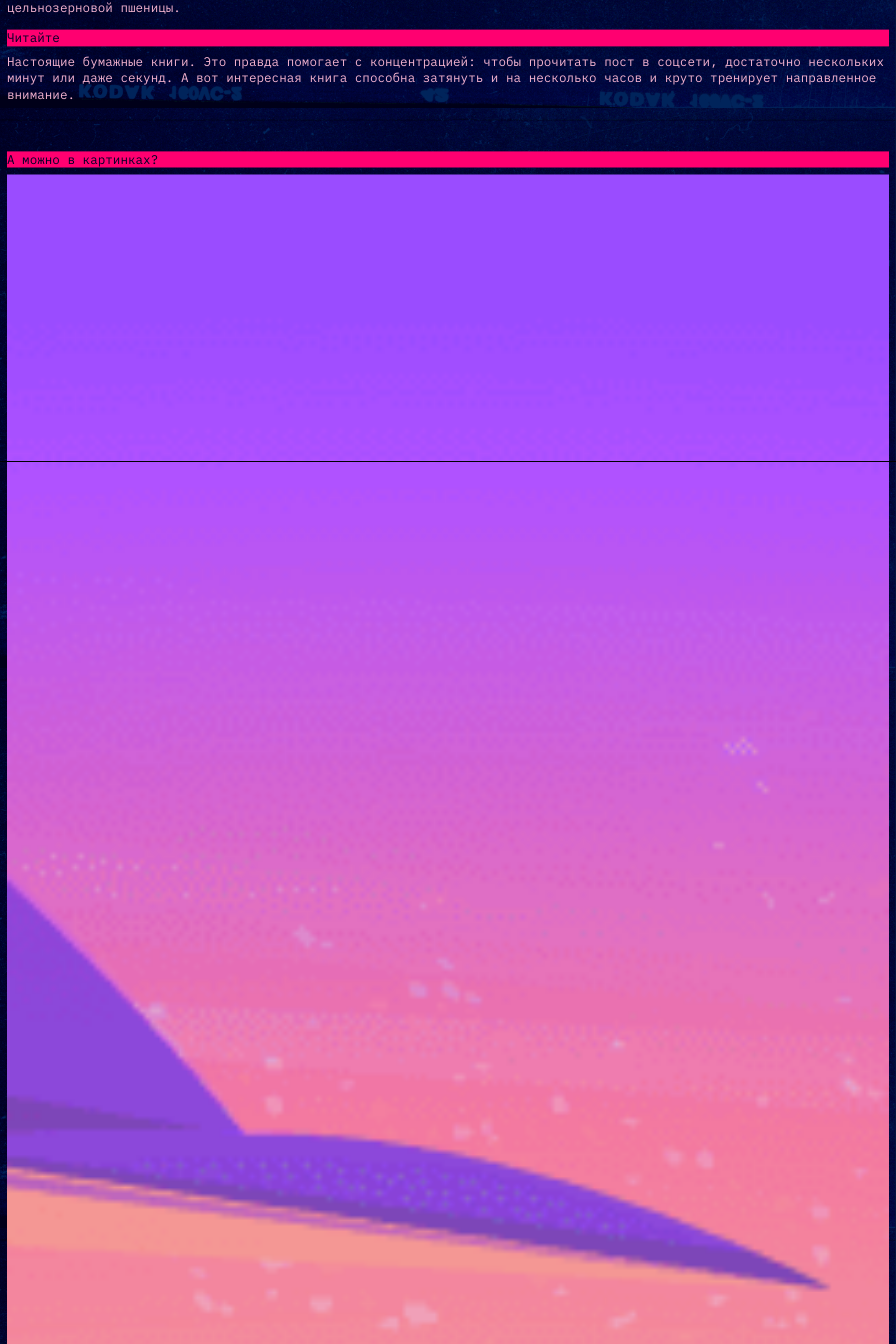
Repository: NikWolf75/slozhno-sosredotochitsya-fd
Page: index.html
An editor plug-in stored every save of this project. The page is shown before and after the next save, followed by the edit.
The browser window is 1280 px wide. The pictures show the part of the page from y = 2245 to 4165 px (the page is 26178 px tall before and 4364 px after), at 70% of full size.
Backgrounds fixed to the window are drawn as part of the page.

Above is the page before, as saved 2025-02-27 11:43:31.

### index.html
<!DOCTYPE html>
<html lang="ru">
  <head>
    <meta charset="UTF-8" />
    <meta http-equiv="X-UA-Compatible" content="IE=edge" />
    <meta name="viewport" content="width=device-width, initial-scale=1.0" />
    <meta name="color-scheme" content="dark light" />
    <link rel="stylesheet" href="/fonts/fonts.css" />
    <link rel="stylesheet" href="/styles/globals.css" />
    <link rel="stylesheet" href="/styles/variables.css" />
    <link rel="stylesheet" href="/styles/style.css" />
    <link rel="stylesheet" href="/styles/dark.css" />
    <link rel="stylesheet" href="/styles/light.css" />
    <link rel="icon" href="image/favicon.ico" />
    <title>Сложно сосредоточиться</title>
    <script src="./scripts/script.js"></script>
  </head>
  <body class="page">
    <div class="rec_element" aria-hidden="true"></div>
    <header class="header decorated-zone">
      <nav class="header__theme-menu">
        <ul class="header__theme-menu-list">
          <li class="header__theme-menu-item">
            <button
              class="header__theme-menu-button header__theme-menu-button_type_light"
            >
              День
            </button>
          </li>
          <li class="header__theme-menu-item">
            <button
              class="header__theme-menu-button header__theme-menu-button_active header__theme-menu-button_type_auto"
              disabled
            >
              Авто
            </button>
          </li>
          <li class="header__theme-menu-item">
            <button
              class="header__theme-menu-button header__theme-menu-button_type_dark"
            >
              Неон
            </button>
          </li>
        </ul>
      </nav>
      <h1 class="header__title">no focus</h1>
      <div class="header__undertitle title-decor">
        <p>Что делать, когда не можешь делать ничего</p>
        <p>
          Или почему нам так сложно сконцентрироваться, особенно когда очень
          надо
        </p>
      </div>
    </header>
    <main class="content">
      <section class="content__section content__why">
        <h2 class="content__section-title"> Почему сосредоточиться так сложно
        </h2>
        <article class="content__section-text_block">
          <h3 class="content__section-text_block-undertitle title-decor">
            Многозадачность
          </h3>
          <p class="content__section-text_block-text">
            Особенно сложно сосредоточиться, когда задач много и все они —
            важные. Где же легендарная многозадачность, когда она так нужна вам
            (и всем нанимающим менеджерам этого мира)? А дело в том, что её
            просто не существует. Исследователи
            <a class="link-text" href="#0">выяснили</a>,
            что мозгу тяжело концентрироваться даже на двух делах одновременно.
            А когда в поле внимания попадает несколько важных задач, организм
            паникует и выделяет кортизол и адреналин — «гормоны стресса».
            Из-за этого мы работаем невнимательно: ошибаемся и быстро устаём.
          </p>
        </article>
        <article class="content__section-text_block">
          <h3 class="content__section-text_block-undertitle title-decor">
            Дофамин
          </h3>
          <p class="content__section-text_block-text">
            С гормонами стресса всё понятно, но дальше — ещё интереснее. В нашей
            невозможности сосредоточиться замешана и полная противоположность
            стрессу — дофамин. Это вещество участвует в системе вознаграждения
            мозга. Причём тут он? Мы часто отвлекаемся от важной задачи на
            что-то более «приятное» для мозгов. Например, смотрим лайки в
            соцсетях. В это время и выделяется дофамин — и мы чувствуем
            удовольствие. Получается замкнутый круг: чем больше отвлекаешься,
            тем больше удовольствия получаешь.
          </p>
        </article>
      </section>
      <section class="content__section content__what">
        <h2 class="content__section-title">
          Что снижает концентрацию внимания?
        </h2>
        <article class="content__section-text_block">
          <h3 class="content__section-text_block-undertitle title-decor">
            Многозадачность
          </h3>
          <p class="content__section-item-text">
            Как концентрация может снижаться из-за… концентрации? Любая
            стрессовая ситуация (и резко меняющийся мир в целом) заставляет наш
            мозг постоянно «сканировать» окружающую среду на предмет опасности.
            Например, читать новости вместо работы. Но быть собранными всё время
            — невозможно. Концентрация — мышца, и она может не выдержать, если
            не давать ей отдохнуть.
          </p>
        </article>
        <article class="content__section-text_block">
          <h3 class="content__section-text_block-undertitle title-decor">
            Еда
          </h3>
          <p class="content__section-text_block-text">
            «Быстрые углеводы» — сахар, белый хлеб, сладости — молниеносно
            доставляют в мозг энергию и помогают ему лучше работать. Но уходит
            эта энергия также быстро, как и приходит. А мы в результате попадаем
            на «углеводные качели»: как только действие «быстрых углеводов»
            заканчивается, мы чувствуем усталость и сонливость. И хотим ещё
            больше быстрых углеводов.
          </p>
        </article>
        <article class="content__section-text_block">
          <h3 class="content__section-text_block-undertitle title-decor">
            Гаджеты
          </h3>
          <p class="content__section-text_block-text">
            Да-да, это та самая ситуация, когда на экране ноутбука — код, в
            наушниках — подкаст, а на компьютере фоном — ещё и видео с забавными
            утятами. В результате мозг пытается переключиться с одной задачи на
            другую — и просто не может. А чтобы вернуться к состоянию полной
            концентрации, человеку в среднем нужно 20 минут. Вот и получается,
            что чем больше времени мы проводим в гаджетах, тем больше времени
            затем нужно, чтобы вернуться к работе.
          </p>
        </article>
      </section>
      <section class="content__section content_how">
        <h2 class="content__section-title">
          Как концентрироваться лучше, чем золотая рыбка (то есть дольше трёх
          секунд)
        </h2>
        <article class="content__section-text_block">
          <h3
            class="content__section-text_block-undertitle tips-undertitle title-decor"
          >
            5 простых (на самом деле не очень) советов
          </h3>
          <h4 class="content__section-text_block-undertitle title-decor">
            Представьте небо и облака
          </h4>
          <p class="content__section-text_block-text">
            Или листья в ручье. Тут дело в лёгкой медитации, которая помогает
            успокоиться. Ведь часто именно тревожные мысли о сложных задачах как
            раз и мешают эти сложные задачи делать. В такие моменты можно
            закрыть глаза и представить, что чистое небо — это вы, а облака —
            тревожные мысли. И сколько бы их ни было — ясное небо всегда будет
            где-то там, за тучами, и никуда не денется. Это упражнение поможет
            вернуться в настоящий момент, а не волноваться о потенциальных
            проблемах из будущего.
          </p>
        </article>
        <article class="content__section-text_block">
          <h4 class="content__section-text_block-undertitle title-decor">
            Включите музыку
          </h4>
          <p class="content__section-text_block-text">
            Но не любую, и не любимую. Любимая может быть связана с сильными
            положительными эмоциями, которые тоже очень сильно отвлекают.
            Подойдёт тихая, спокойная, умеренно-ритмичная. Можно вообще
            попробовать включить плейлист с «белым шумом» или нейромузыкой.
          </p>
        </article>
        <article class="content__section-text_block">
          <h4 class="content__section-text_block-undertitle title-decor">
            Прогуляйтесь
          </h4>
          <p class="content__section-text_block-text">
            Или даже пробегитесь. Лучше найти парк или лес: один эксперимент
            <a class="link-text" href="#0">показал</a>, что созерцание природы повышает концентрацию, в то время
            как после просмотра городских пейзажей она наоборот понижается.
            Можно совместить прогулку с физическими упражнениями или бегом — так
            в мозг поступит ещё больше кислорода и он будет лучше работать. Но и
            простая двадцатиминутная прогулка — тоже отличный вариант.
          </p>
        </article>
        <article class="content__section-text_block">
          <h4 class="content__section-text_block-undertitle title-decor">
            Хорошо ешьте
          </h4>
          <p class="content__section-text_block-text">
            Мы — не ваша бабушка, но это правда важно. Выбирайте продукты,
            которые препятствуют резким скачкам сахара в крови. Например, с
            высоким содержанием клетчатки: овощи, ягоды, бобовые (нут, чечевица,
            фасоль), коричневый рис, хлеб из цельнозерновой пшеницы.
          </p>
        </article>
        <article class="content__section-text_block">
          <h4 class="content__section-text_block-undertitle title-decor">
            Читайте
          </h4>
          <p class="content__section-text_block-text">
            Настоящие бумажные книги. Это правда помогает с концентрацией: чтобы
            прочитать пост в соцсети, достаточно нескольких минут или даже
            секунд. А вот интересная книга способна затянуть и на несколько
            часов и круто тренирует направленное внимание.
          </p>
        </article>
      </section>
      <section class="content__section content__gallery">
        <h2 class="content__section-text_block-undertitle title-decor">
          А можно в картинках?
        </h2>
        <div class="content_section-images_gallery">
          <img
            class="content__section-image"
            src="./images/sunset.png"
            alt="Вид острова на закате"
            loading="lazy"
          />
          <img
            class="content__section-image"
            src="./images/ice-cream.png"
            alt="Чаша с мороженным"
            loading="lazy"
          />
          <img
            class="content__section-image"
            src="./images/tape.png"
            alt="Кассета"
            loading="lazy"
          />
          <img
            class="content__section-image"
            src="./images/books.png"
            alt="Стопка книг"
            loading="lazy"
          />
          <img
            class="content__section-image"
            src="./images/street.png"
            alt="Улица"
            loading="lazy"
          />
        </div>
      </section>
    </main>
    <footer class="footer decorated-zone">
      <h2 class="footer__title">focus</h2>
    </footer>
  </body>
</html>

### styles/variables.css
:root {
  --title-color: #ff0070;
  --main-font: 'IBM Plex mono';
  --main-font-size: 18px;
  --title-font-weight: 700;
  --text-font-weight: 400;
  --main-padding-small: 10px;
}

### styles/style.css
.page {
  font-family: var(--main-font, 'IBM Plex mono');
  font-size: var(--main-font-size, 18px);
  block-size: min-content;
  position: relative;
  font-weight: 400;
  background-color: var(--main-background-color, #000028 );
  background-image: var(--main-background-image, url("../images/cover-image-dark.png"));
  background-repeat: no-repeat;
  background-attachment: fixed;
  background-position: center;
  background-size: cover;
  line-height: 1.3em;
  color: var(--main-font-color, #F1B2CE);
 }

.decorated-zone {
  position: relative;
}

.decorated-zone::after,
.decorated-zone::before {
  position: absolute;
  inline-size: 25px;
  block-size: 25px;
  content: "";
  border: 1px solid var(--corner-color);
}

.decorated-zone::after {
  bottom: 10px;
  left: 10px;
  border-bottom: 1px solid var(--rectangle-color, #ff0070);
  border-left: 1px solid var(--rectangle-color, #ff0070);
}

.decorated-zone::before {
  top: 10px;
  right: 10px;
  border-top: 1px solid var(--rectangle-color, #ff0070);
  border-right: 1px solid var(--rectangle-color, #ff0070);
}

.rec_element {
  position: absolute;
  display: flex;
  align-items: center;
  justify-content: center;
  top: 10px;
  right: 20px;
  color: var(--rec-theme-color, #ff0070);
  gap: 10px;
}

.rec_element:before {
  content: "REC";
}

.rec_element:after {
  display: block;
  content: "";
  border-radius: 50%;
  background: var(--accent-color, #ff0070);
  width: 10px;
  height: 10px;
  box-shadow: 0 0 4px 2px var(--accent-color, #ff0070)
}

.header {
  display: grid;
  grid-template-columns: 1fr;
  grid-template-rows: 1fr min-content 1fr;
  align-items: center;
  position: relative;
  block-size: min(668px, 100vh);
  padding: var(--main-padding-small, 10px);
  margin-block-end: 40px;
 }

.header__theme-menu-list {
  display: flex;
  flex-direction: column;
  align-items: end;
  block-size: 100%;
  row-gap: 10px;
}

.header__theme-menu-button {
  text-align: center;
  background: transparent;
  color: var(--button-text-color);
  border: none;
  text-transform: lowercase;
  padding-right: 13px;
  padding-left: 13px;
}

.header__theme-menu-bitton:hover {
  outline: 1px solid var(--button-outline-color)
}

.header__theme-menu-button_active {
  outline: 1px solid var(--button-theme-color, #ff0070);
}

.header__theme-menu-button:focus {
  outline: none;
  text-decoration: underline;
}

.header__title {
  font-size: clamp(7.25rem, 7.0115rem + 1.0178vw, 7.5rem);
  line-height: 83%;
  color: var(--accent-color-title, #db00ff);
  text-shadow: 4px 4px 0 var(--accent-color, #ff0070);
  cursor: default;
}

.header__undertitle {
  font-size: var(--main-font), monospace;
  font-weight: var(--title-font-weight, 700);
  border-bottom: none;
  border-left: none;
}

.title-decor {
  color: var(--undertitle-color, #000028);
  background-color: var(--title-color, #ff0070);
}

.content {
  display: grid;
  padding: 0 var(--main-padding-small, 10px);
  grid-template-columns: 1fr;
  gap: 50px;
}

.content__section {
  display: grid;
  grid-template-columns: 1fr;
  row-gap: 20px;
}

.content__section-title {
  justify-self: start;
  color: var(--title-color, #ff0070);
}

.content__section-text_block-undertitle,
.content__section-title {
  font-size: var(--main-font-size, 18px);
  font-weight: var(--title-font-weight, 700);
}

.content__section-text_block-undertitle {
  margin-block-end: 10px;
  height: min-content;
}

.content__section-text_block-text {
  font-weight: var(--text-font-weight, 400);
}

.link-text {
  text-decoration: none;
  text-shadow: 2px 1px var(--accent-color, #ff0070);
}

.link-text:hover {
  cursor: pointer;
  border-block-end: 1px solid currentColor;
}

.link-text:focus-visible {
  border: 1px solid currentColor;
}

.content_how,
.tips-undertitle {
  font-weight: var(--title-font-weight, 400);
  margin-block-end: 20px;
}

.content__how,
.content__section-text_block-undertitle {
  font-weight: 400;
}

.content__gallery {
  display: grid;
  gap: 0;
  margin: 0;
}

.content__section-images_gallery {
  display: grid;
  grid-template-columns: repeat(auto-fill, minmax(355px, 1fr));
  grid-template-rows: 100px 355px 100px 355px;
  gap: 10px;
  inline-size: 100%;
}

.content__section-image {
  inline-size: 100%;
  object-fit: cover;
  block-size: 100%;
}

.footer {
  position: relative;
  display: grid;
  block-size: 100vh;
  min-block-size: 668px;
  grid-template-columns: 1fr;


}

.footer__title {
  font-size: var(--title-font-size-small, clamp(7.25rem, 7.0115rem + 1.0178vw, 7.5rem));
  font-weight: var(--title-font-weight, 700);
  line-height: 95.7%;
  align-self: center;
  cursor: default;
  color: var(--accent-color-title, #db00ff);
  text-shadow: 2px 2px 0 var(--accent-color, #ff0070);
  justify-self: center;

}

### scripts/script.js
(function initTheme() {
  const theme = localStorage.getItem('theme');
  if (theme) {
    setTheme(theme);
  }
})();

document.addEventListener('DOMContentLoaded', () => {
  const currentTheme = [...document.documentElement.classList]
    .find((cn) => cn.startsWith('theme-'))
    ?.replace('theme-', '');
  const themeButtons = [
    ...document.querySelectorAll('.header__theme-menu-button'),
  ];
  setActiveButton(themeButtons, currentTheme);

  themeButtons.forEach((button) => {
    button.addEventListener('click', () => {
      const chosenTheme = [...button.classList]
        .find((cn) => cn.includes('_type_'))
        .split('_type_')[1];
      setTheme(chosenTheme);
      setActiveButton(themeButtons, chosenTheme);
    });
  });
});

function setTheme(theme) {
  document.documentElement.className = '';
  document.documentElement.classList.add(`theme-${theme}`);
  localStorage.setItem('theme', theme);
}

function setActiveButton(buttonsArray, theme) {
  buttonsArray.forEach((button) => {
    button.classList.remove('header__theme-menu-button_active');
    button.removeAttribute('disabled');
  });
  const target = buttonsArray.find((button) =>
    button.classList.contains(`header__theme-menu-button_type_${theme}`)
  );
  if (target) {
    target.classList.add('header__theme-menu-button_active');
    target.setAttribute('disabled', true);
  } else {
    const autoButton = document.querySelector(
      '.header__theme-menu-button_type_auto'
    );
    autoButton.classList.add('header__theme-menu-button_active');
    autoButton.setAttribute('disabled', true);
  }
}

Loaded but not shown: fonts/fonts.css (common file); styles/globals.css (common file); styles/dark.css (common file); styles/light.css (common file)

After the next save:
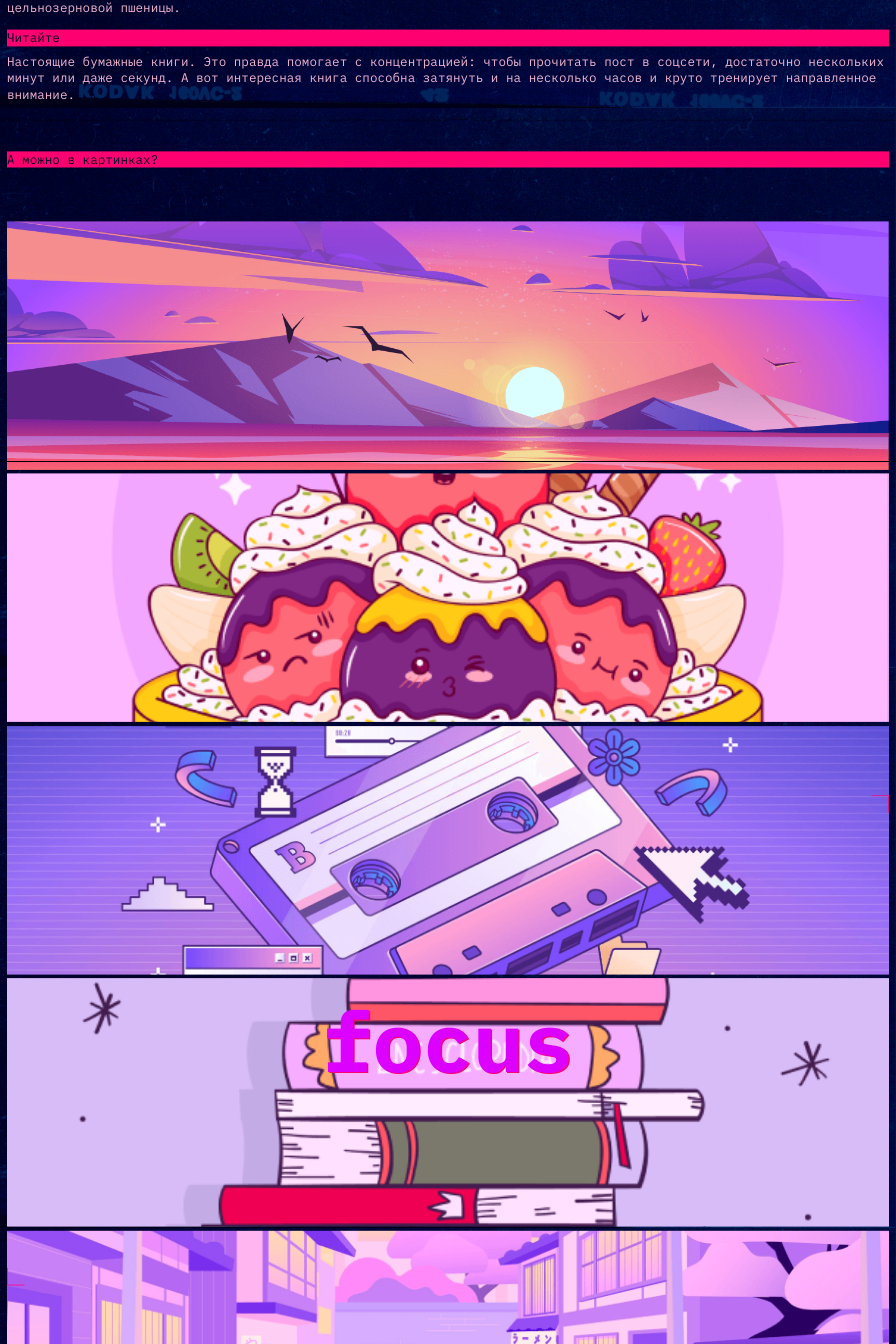
Saved 14 s later.
--- a/styles/style.css
+++ b/styles/style.css
@@ -188,6 +188,7 @@
 
 .content__gallery {
   display: grid;
+  grid-template-rows: 100px 355px 100px 355px;
   gap: 0;
   margin: 0;
 }
